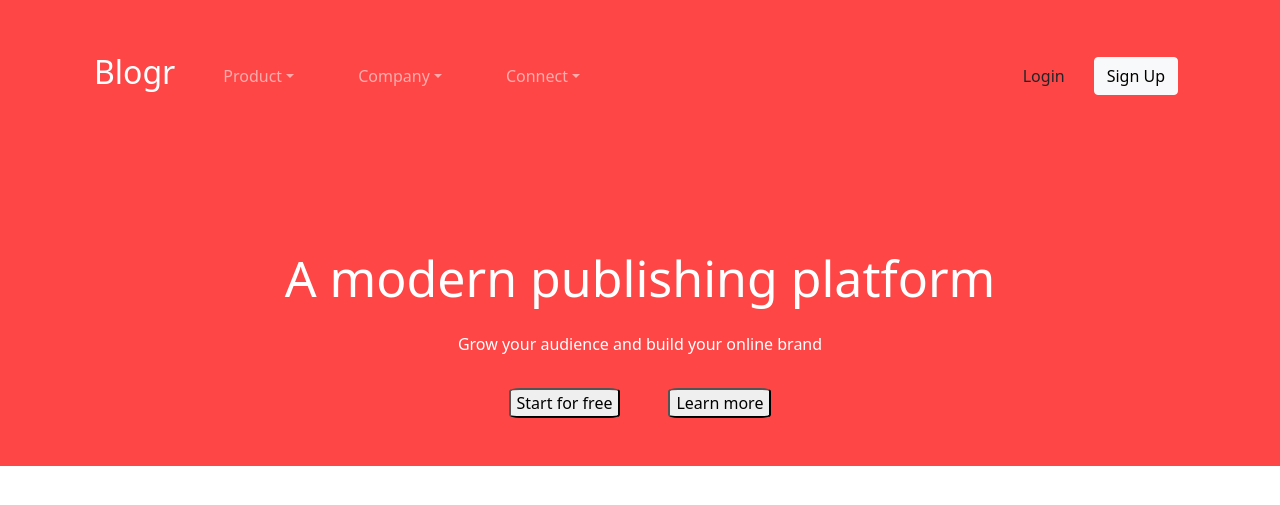
Repository: badhon252/blogr-landing-page
Page: /
An editor plug-in stored every save of this project. The page is shown before and after the next save, followed by the edit.
The browser window is 1280 px wide. The pictures show the whole page.
The project was rebuilt for these pictures with package versions that can differ from the ones it lists, and the page was loaded fresh each time.

Above is the page before, as saved 2022-01-17 23:41:38.

### public/index.html
<!DOCTYPE html>
<html lang="en">

<head>
  <meta charset="utf-8" />
  <link rel="icon" href="%PUBLIC_URL%/favicon.ico" />
  <meta name="viewport" content="width=device-width, initial-scale=1" />
  <meta name="theme-color" content="#000000" />
  <meta name="description" content="Web site created using create-react-app" />
  <link rel="apple-touch-icon" href="%PUBLIC_URL%/logo192.png" />

  <link rel="manifest" href="%PUBLIC_URL%/manifest.json" />
  <!-- Bootstrap css  -->
  <link href="https://cdn.jsdelivr.net/npm/bootstrap@5.1.3/dist/css/bootstrap.min.css" rel="stylesheet"
    integrity="sha384-1BmE4kWBq78iYhFldvKuhfTAU6auU8tT94WrHftjDbrCEXSU1oBoqyl2QvZ6jIW3" crossorigin="anonymous">


  <title>Blogr</title>
</head>

<body>
  <noscript>You need to enable JavaScript to run this app.</noscript>
  <div id="root"></div>

  <!-- Bootstrap js  -->
  <script src="https://cdn.jsdelivr.net/npm/bootstrap@5.1.3/dist/js/bootstrap.bundle.min.js"
    integrity="sha384-ka7Sk0Gln4gmtz2MlQnikT1wXgYsOg+OMhuP+IlRH9sENBO0LRn5q+8nbTov4+1p"
    crossorigin="anonymous"></script>

</body>

</html>

### src/App.js
import Maincomp from "./components/MainComp";

function App() {
  return (
    <div className="App">
      <Maincomp />
    </div>
  );
}

export default App;

### src/components/MainComp.js
import React from "react";
import Header from "./Header/Header";

const Maincomp = () => {
  return (
    <div>
      <Header />
    </div>
  );
};

export default Maincomp;

### src/components/Header/Header.js
import React from "react";
import Nav from "./Nav";
import "../styles/index.css";
import HeaderContent from "./HeaderContent";

export default function Header() {
  return (
    <div className="header">
      <div className="container">
        <Nav />
        <HeaderContent />
      </div>
    </div>
  );
}

### src/components/Header/Nav.js
import React from "react";
import "../styles/index.css";
const Nav = () => {
  return (
    <div>
      <nav className="navbar navbar-expand-lg navbar-dark py-5">
        <div className="container-fluid">
          <a className="navbar-brand" href="/">
            <h2>Blogr</h2>
          </a>
          <button
            className="navbar-toggler"
            type="button"
            data-bs-toggle="collapse"
            data-bs-target="#navbarSupportedContent"
            aria-controls="navbarSupportedContent"
            aria-expanded="false"
            aria-label="Toggle navigation"
          >
            <span className="navbar-toggler-icon"></span>
          </button>
          <div className="collapse navbar-collapse" id="navbarSupportedContent">
            <ul className="navbar-nav mb-2 mb-lg-0">
              <li className="nav-item dropdown px-4">
                <a
                  className="nav-link dropdown-toggle"
                  href="/"
                  id="navbarDropdown"
                  role="button"
                  data-bs-toggle="dropdown"
                  aria-expanded="false"
                >
                  Product
                </a>
                <ul className="dropdown-menu" aria-labelledby="navbarDropdown">
                  <li>
                    <a className="dropdown-item" href="/">
                      Action
                    </a>
                  </li>
                  <li>
                    <a className="dropdown-item" href="/">
                      Another action
                    </a>
                  </li>
                  <li>
                    <hr className="dropdown-divider" />
                  </li>
                  <li>
                    <a className="dropdown-item" href="/">
                      Something else here
                    </a>
                  </li>
                </ul>
              </li>{" "}
              <li className="nav-item dropdown px-4">
                <a
                  className="nav-link dropdown-toggle"
                  href="/"
                  id="navbarDropdown"
                  role="button"
                  data-bs-toggle="dropdown"
                  aria-expanded="false"
                >
                  Company
                </a>
                <ul className="dropdown-menu" aria-labelledby="navbarDropdown">
                  <li>
                    <a className="dropdown-item" href="/">
                      Action
                    </a>
                  </li>
                  <li>
                    <a className="dropdown-item" href="/">
                      Another action
                    </a>
                  </li>
                  <li>
                    <hr className="dropdown-divider" />
                  </li>
                  <li>
                    <a className="dropdown-item" href="/">
                      Something else here
                    </a>
                  </li>
                </ul>
              </li>{" "}
              <li className="nav-item dropdown px-4">
                <a
                  className="nav-link dropdown-toggle"
                  href="/"
                  id="navbarDropdown"
                  role="button"
                  data-bs-toggle="dropdown"
                  aria-expanded="false"
                >
                  Connect
                </a>
                <ul className="dropdown-menu" aria-labelledby="navbarDropdown">
                  <li>
                    <a className="dropdown-item" href="/">
                      Action
                    </a>
                  </li>
                  <li>
                    <a className="dropdown-item" href="/">
                      Another action
                    </a>
                  </li>
                  <li>
                    <hr className="dropdown-divider" />
                  </li>
                  <li>
                    <a className="dropdown-item" href="/">
                      Something else here
                    </a>
                  </li>
                </ul>
              </li>
            </ul>
            {/* login & sign-up */}
            <ul className="navbar-nav ms-auto">
              <li className="nav-login">
                <a className="nav-link" href="/">
                  <button type="button" class="btn">
                    Login
                  </button>
                </a>
              </li>{" "}
              <li className="nav-signup">
                <a className="nav-link" href="/">
                  <button type="button" class="btn btn-light">
                    Sign Up
                  </button>
                </a>
              </li>
            </ul>
          </div>
        </div>
      </nav>
    </div>
  );
};

export default Nav;

### src/components/styles/index.css
.header {
  background-color: rgb(255, 70, 70);
  color: rgb(255, 255, 255);
  /* clip-path: circle(73.8% at 63% 38%); */
}
/* .header-nav {
  color: #fff;

} */
/* .singup,
.login {
  color: aliceblue;
} */

.header-param {
  text-align: center;
}
.header-param h1 {
  font-size: 50px;
}
.header-param p {
  font-size: 1rem;
}
.header-param .h-btn {
  border-radius: 10%;
}

### src/components/Header/HeaderContent.js
import React from "react";
import "../styles/index.css";
export default function HeaderContent() {
  return (
    <div>
      <div className="py-5 header-param">
        <h1 className="pt-5">A modern publishing platform</h1>
        <p className="header-p py-3 ">
          Grow your audience and build your online brand
        </p>
        <div className="px-5">
          <button type="button" class="h-btn me-5">
            Start for free
          </button>
          <button type="button" class="h-btn">
            Learn more
          </button>
        </div>
      </div>
    </div>
  );
}

Loaded but not shown: src/index.js (common file); src/reportWebVitals.js (common file)

After the next save:
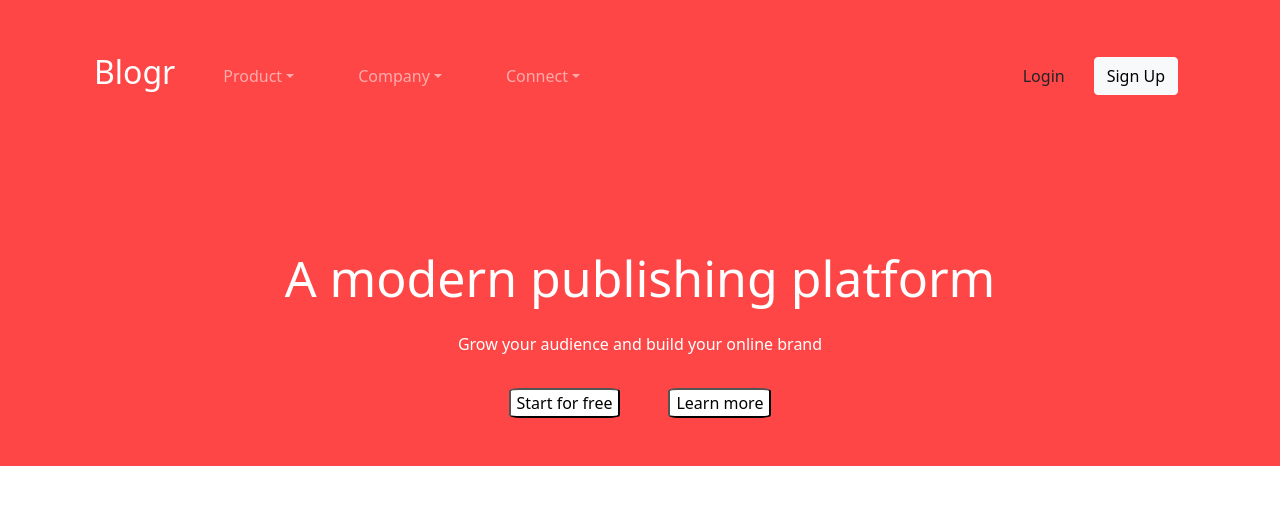
Saved 11 s later.
--- a/src/components/styles/index.css
+++ b/src/components/styles/index.css
@@ -23,4 +23,5 @@
 }
 .header-param .h-btn {
   border-radius: 10%;
+  background-color: #fff;
 }
